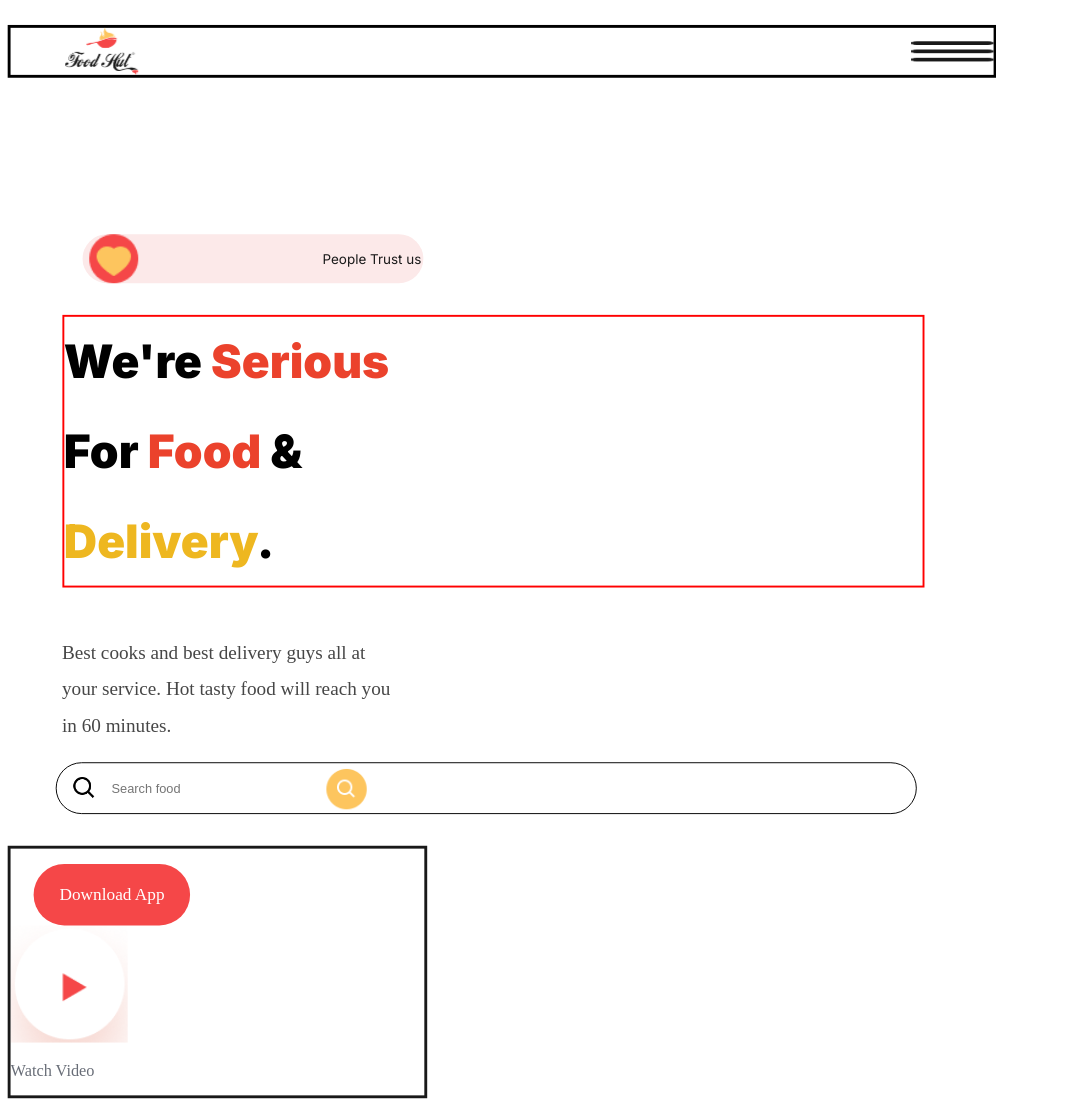
Repository: ReyhanehRahmani/Food-Hut
Page: FoodHut.html
The author's editor kept a copy of each file at every save. The page is drawn from the files as they stood at one save, then again after the next save.
The browser window is 1024 px wide. The page is 1038 px wide, then 1116 px, then 1038 px, so the pictures cover 1116 px, including what lies to the right of the window. The pictures show the whole page, at 96% of full size.
Some web fonts or font styles are not loaded; a fallback is used.

Above is the page before, as saved 2025-05-28 23:43:39.

### FoodHut.html
<!DOCTYPE html>

<html lang="en">

    <head>

    <meta name="viewport" content="width=device-width, initial-scale=1.0" />

        <title>Food Hut</title>

        <link rel="icon" type="image/jpg" href="favicon.png">

        <link rel="preconnect" href="https://fonts.googleapis.com">

        <link rel="stylesheet" href="FoodHut.css">

        <link rel="preconnect" href="https://fonts.googleapis.com">

        <link rel="preconnect" href="https://fonts.gstatic.com" crossorigin>

        <link href="https://fonts.googleapis.com/css2?family=Inter:ital,opsz,wght@0,14..32,100..900;1,14..32,100..900&display=swap" rel="stylesheet">

        <link rel="preconnect" href="https://fonts.googleapis.com">

        <link rel="preconnect" href="https://fonts.gstatic.com" crossorigin>

        <link href="https://fonts.googleapis.com/css2?family=Sofia+Sans:ital,wght@0,1..1000;1,1..1000&display=swap" rel="stylesheet">

    </head>

    <body>

        <div class="headh">
            <img src="favicon.png" alt="Food Hut logo" class="FoodHutLogo">

            <div class="navlaptop">
                    <p class="mm">Today special offers</p>
                    <p class="mm">Why FoodHut</p>
                    <p class="mm">Our Menu</p>
                    <p class="mm">Our Popular food</p>

            </div>
            <div class="downloadbt"><p>Download App</p></div>
            <img src="slider.png" id="slider">
        </div>



        <div class="maincontainer">
            <div class="container1">

                <div id="HeartBox">
                    <img id="Heart" src="ghalb.png" style="margin-left: 3px;" >
                    <p id="trust">People Trust us</p>
                </div>

                <p id="BigBox1">
                    We're <spsn style="color: rgb(235, 66, 44);">Serious</spsn> <br> For <span style="color: rgb(235, 66, 44);">Food</span> & <br><span style="color: rgb(238, 183, 32);">Delivery</span>.
                </p>
                <p id="BigBox1laptop">
                    We're <spsn style="color: rgb(235, 66, 44);">Serious</spsn>  For <br><span style="color: rgb(235, 66, 44);">Food</span> & <span style="color: rgb(238, 183, 32);">Delivery</span>.
                </p>

                <p id="text1">
                    Best cooks and best delivery guys all at <br>your service. Hot tasty food will reach you<br>in 60 minutes.
                </p>
                <p id="text1laptop">
                    Best cooks and best delivery guys all at your <br>service. Hot tasty food will reach you in 60<br>minutes.
                </p>
                <div class="searchbox">
                    <img src="zarebin2.png" id="zarebin2">
                    <input class="inin" type="text" minlength="3" maxlength="30" placeholder="Search food"></input>
                    <button class="butbut"><img src="zarebin.png" id="zarebin"></button>
                </div>


                <div id="PlayBox">
                    <div id="download"><p>Download App</p></div>
                    <div id="bori1">
                    <img src="playb.png" id="PlayButton">
                    <p id="Watch">Watch Video</p>
                    </div>
                </div>

            </div>
            <img src="pic1.png" id="pic1laptop">

        </div>






    </body>

</html>

### FoodHut.css
/*font family - font size - align items like heart*/

@media screen and (max-width: 1279px){



body {
    font-family: "Inter", sans-serif;

}

.headh{
    border: solid;
    display: flex;
    justify-content: space-between;
    width: 100vw;
    height: 6.739130435vh;
    align-items: center;
    margin-top: 2.608695652%;
}


.FoodHutLogo{
    margin-left: 5.607476636%;
    height: 100%;
}

#slider{
    width: 8.411214953%;
    height: 43.548387097%;
}

/*#NavbarSlider{
    margin-top: 41px;
    margin-right: 5.6vw;
    float: right;
    position: fixed;
    border: 2px solid red;
}

.slider{
    width: 36px;
    height: 5px;
    border-radius: 17px;
    display: flex;
    justify-content: space-between;
    flex-direction: column;
    gap: 6px;
    background: rgba(25, 25, 25, 1);
    margin-right: 24px;

}*/



#HeartBox{
    display: flex;
    justify-content: space-between;
    gap: 1.438848921%;
    width: 35.226415094%;
    height: 4.261796043%;
    align-items: center;
    border-radius: 100px;
    white-space: nowrap;
    background-color: #fce9e9;
    margin-top: 16.228070175%;
    margin-left: 7.710280374%;
}

#trust{
    font-weight: 400;
    font-size: 0.875rem;
    line-height: 100%;
    letter-spacing: 0%;
    /*align-items: center;
    justify-content: center;*/
    color: rgba(25, 25, 25, 1);
    margin-right: 2px;

}

#Heart{
    position: static;
    width: 14.288489209%;
    height: 71.428571429%;
    padding-left: 1.168224299%;
    align-self: center;
}

#BigBox1{
    width: 88.785046729%;
    height: 21.058315335%;
    align-content: center;
    margin-top: 3.225806452%;
    margin-left: 5.607476636%;
    border: 2px solid red;
    font-weight: 900;
    font-size: 3rem;
    line-height: 195%;
    letter-spacing: 0%;
    font-family: "Inter";
}

/*#Box1Paragragh{
    font-weight: 900;
    font-size: 48px;
    line-height: 195%;
    letter-spacing: 0%;
}*/

#text1{
    width: 88.551401869%;
    height: 8.804347826%;
    margin-top: 4.347826087%;
    margin-left: 5.607476636%;
    opacity: 0.8;
    font-family: "Sofia Sans";
    font-weight: 400;
    font-size: 1.25rem;
    line-height: 190%;
    letter-spacing: -1%;
    color: #191919;
    white-space: nowrap;

}

#text1laptop{
    display: none;
}

.searchbox{
    border: solid;
    display: flex;
    border-width: 0.5px;
    border-radius: 100px;
    align-items: center;
    height: 8.709677419%;
    margin-top: 4.35483871;
    width: 88.785046729%;
    margin-left: 4.979253112%;

}

.searchbox .inin{
    border: 0px;
    margin-left: 12px;

}

.searchbox .butbut{
    border: 0px;
    background-color: rgba(127, 255, 212, 0);
    margin-left: 4.324840764%;
}

#zarebin{
    height: 42px;
    padding-top: 5px;

}

#zarebin2{
    width: 28px;
    height: 28px;
    margin-left: 15px;

}

#download{
    width: 37.85046729%;
    height: 4.859611231%;
    margin-top: 3.695652174%;
    margin-left: 5.607476636%;
    border-radius: 100px;
    background: #F54748;
    font-family: Sofia Pro;
    font-weight: 400;
    font-size: 1.125rem;
    line-height: 100%;
    letter-spacing: 0px;
    text-transform: capitalize;
    color:#FFFFFF;
    text-align: center;
    padding-top: 1.187904968%;
    padding-bottom: 1.187904968%;
    display: inline-block;
}

#PlayBox{
    margin-top: 3.260869565%;
    display: flex;
    justify-content: space-between;
    gap: 4.906542056%;
    width: 42.757009346%;
    height: 5.652173913%;
    margin-right: 6.542056075%;
    position: relative;
    overflow: hidden;
    border: #191919 solid;
    display: inline-block;

}

#PlayButton{
    position: relative;
    width: 28.415300546%;
    height: 100%;
}


#Watch{
    font-family: Poppins;
    font-weight: 500;
    font-size: 1.0625rem;
    line-height: 100%;
    letter-spacing: 0%;
    color: #686D77;

}
.navlaptop{
    display: none;
}

.downloadbt{
    display: none;
}

#BigBox1laptop{
    display: none;
}

#pic1laptop{
    display: none;
}

}


@media screen and (min-width: 1280px){

body{
    position: relative;
}

.headh{
    display: flex;
    position: relative;
    align-items: center;
    margin-top: 2.46343341%;
}

.headh .FoodHutLogo{
    width: 8.402777778%;
    height: 6.004618938%;
    margin-left: 5.46875%;

}

.navlaptop {
    display: flex;
    gap: 7.575757576%;
    align-items: center;
    margin-left: 20.75%;

}

.navlaptop .mm{
    font-family: "Sofia Sans";
    font-weight: 400;
    font-size: 1.125rem;
    line-height: 100%;
    letter-spacing: 0px;
    text-transform: capitalize;
    color: #191919;
    white-space: nowrap;
}

.downloadbt{
    position: absolute;
    width: 11.25%;
    line-height: 100%;
    height: 57.692307692%;
    border-radius: 100px;
    background-color: #F54748;
    font-family: "Sofia Sans";
    text-align: center;
    margin-top: 1px;
    color: #FFFFFF;
    font-weight: 400;
    font-size: 18px;
    letter-spacing: 0px;
    text-transform: capitalize;
    margin-left: 84.513888889%;


}

.maincontainer{
    display: flex;
    justify-content: space-between;


}

.container1{
    margin-left: 4.861111111%;
    display: block;
    align-content: center;

}

#HeartBox{
    display: flex;
    justify-content: space-between;
    width: 28.226415094%;
    height: 4.261796043%;
    align-items: center;
    border-radius: 100px;
    white-space: nowrap;
    background-color: #fce9e9;
}

#trust{
    margin-right: 2px;
}

#BigBox1laptop{
    font-family: "Inter";
    font-weight: 900;
    font-size: 3.625rem;
    line-height: 100%;
    letter-spacing: 0%;
    margin-top: 3.04414003%;

}

#BigBox1{
    display: none;
}

#Heart{
    height: 20px;
    width: 20px;
}

#trust{
    font-family: Inter;
    font-weight: 400;
    font-size: 0.875rem;
    line-height: 100%;
    letter-spacing: 0%;

}

#text1{
    font-family: "Sofia Sans";
    font-weight: 400;
    font-size: 1.5rem;
    line-height: 100%;
    letter-spacing: -1%;
    opacity: 0.8;
    margin-top: 3.877419355%;
    color: #191919;

}


.searchbox{
    border: solid;
    display: flex;
    border-width: 0.5px;
    border-radius: 100px;
    align-items: center;
    height: 8.709677419%;
    margin-top: 4.35483871;

}

.searchbox .inin{
    border: 0px;
    margin-left: 12px;

}

.searchbox .butbut{
    border: 0px;
    background-color: rgba(127, 255, 212, 0);
    margin-left: 41.324840764%;
}

#zarebin{
    height: 42px;
    padding-top: 5px;

}

#zarebin2{
    width: 28px;
    height: 28px;
    margin-left: 15px;

}

#pic1laptop{
    width: 47.847222222%;
    height: auto;
}

#PlayBox{
    display: flex;
    height: 8.387096774%;
    margin-top: 4.838709677%;
    align-items: center;
}

#download{
    width: 33.085106383%;
    height: 86.538461538%;
    border-radius: 100px;
    background-color: #F54748;
    font-family: "Sofia Sans";
    text-align: center;
    margin-top: 1px;
    color: #FFFFFF;
    font-weight: 400;
    font-size: 18px;
    line-height: 100%;
    letter-spacing: 0px;
    text-transform: capitalize;


}

#bori1{
    display: flex;
    margin-left: 8.244680851%;
    height: 100%;
    justify-content: space-between;
    gap: 11.475409836%;
}

#Watch{
    font-family: "Sofia Sans";
    font-weight: 300;
    font-size: 17px;
    line-height: 100%;
    letter-spacing: 0%;
    color: #686D77;
    white-space: nowrap;

}

#PlayButton{
    height: 100%;
}
}

After the next save:
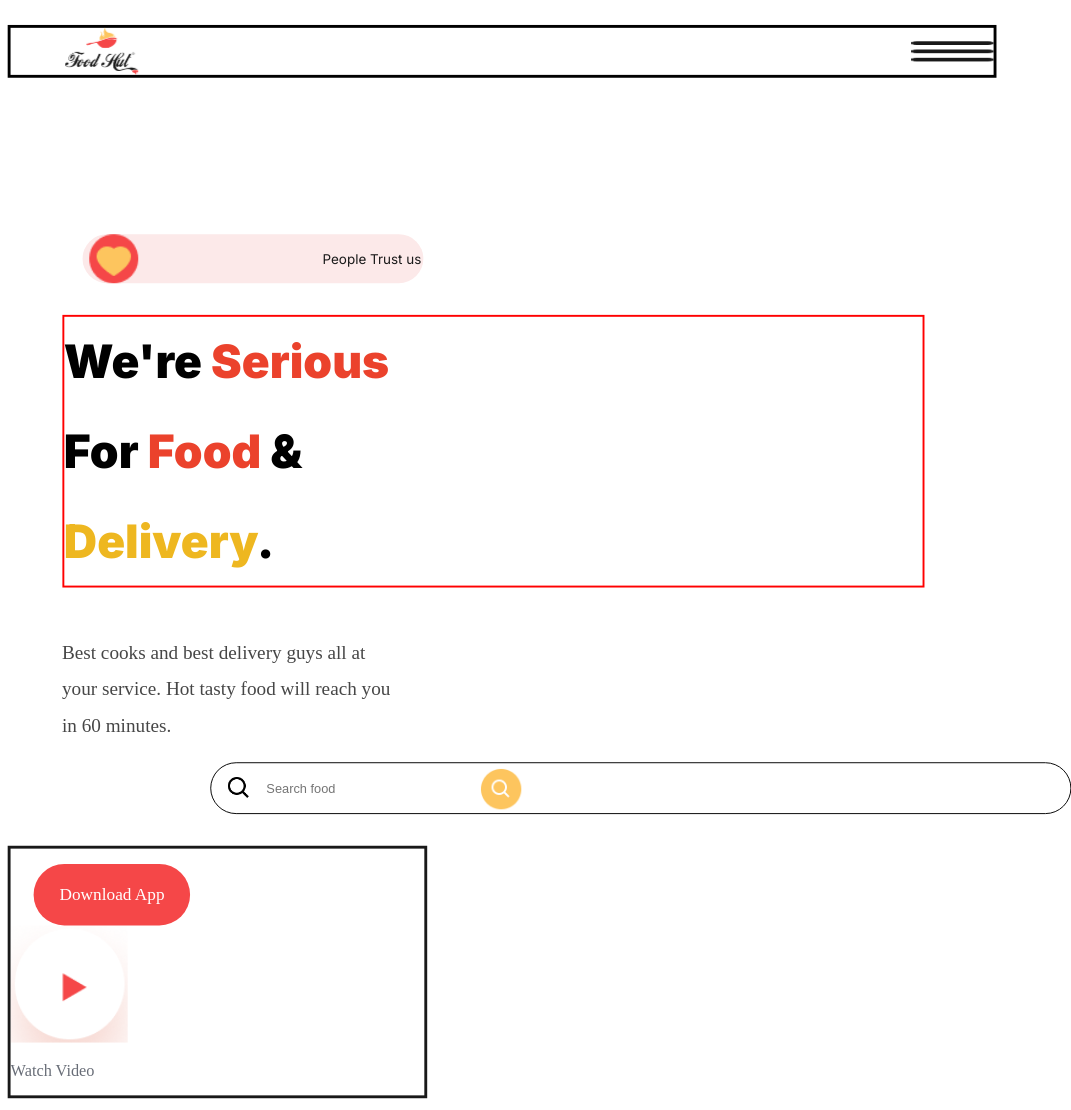
Saved 12 s later.
--- a/FoodHut.css
+++ b/FoodHut.css
@@ -137,7 +137,7 @@
     height: 8.709677419%;
     margin-top: 4.35483871;
     width: 88.785046729%;
-    margin-left: 4.979253112%;
+    margin-left: 20.979253112%;
 
 }
 

After the save that followed:
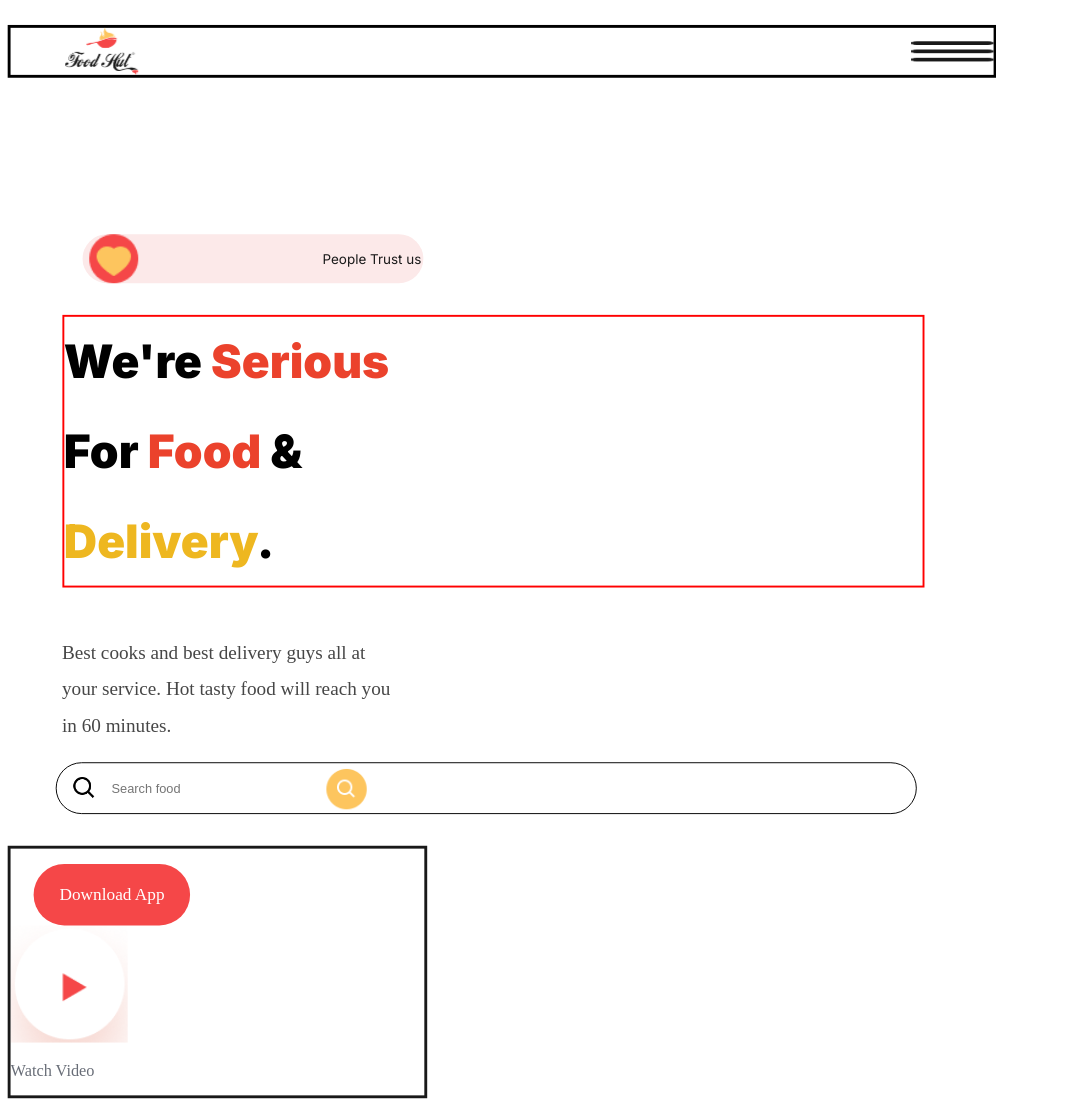
Saved 7 s later.
--- a/FoodHut.css
+++ b/FoodHut.css
@@ -137,7 +137,7 @@
     height: 8.709677419%;
     margin-top: 4.35483871;
     width: 88.785046729%;
-    margin-left: 20.979253112%;
+    margin-left: 4.979253112%;
 
 }
 
